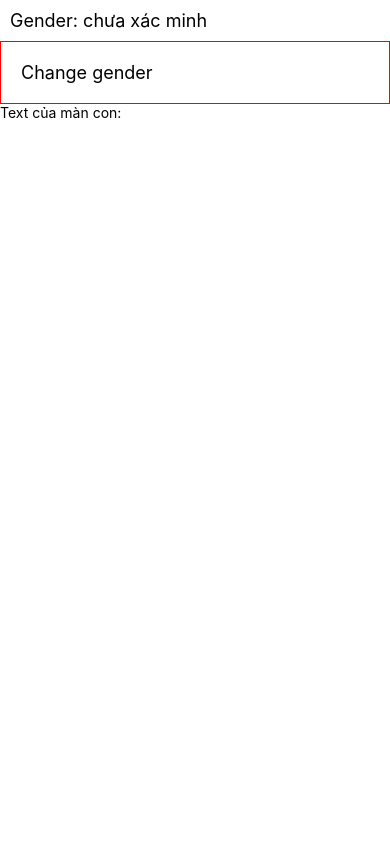
Repository: web345/test
Screen: /
These files come from the project's save history. The screen is drawn as it stood at one moment and after the next save; the edit follows.
The app was drawn by React Native's web renderer in a window 390 px wide. The project was rebuilt for these pictures with package versions that can differ from the ones it lists, and the page was loaded fresh each time.

Above is the screen before, as saved 2021-08-17 14:30:46.

After the next save:
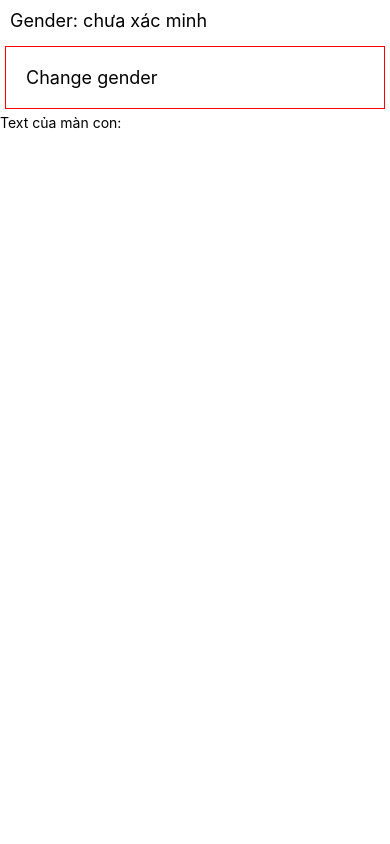
Saved 8 s later.
--- a/App.js
+++ b/App.js
@@ -24,5 +24,6 @@ const style =StyleSheet.create({
     borderWidth: 1,
     padding: 10,
     borderColor: "red",
+    margin: 5,
   },
 });
